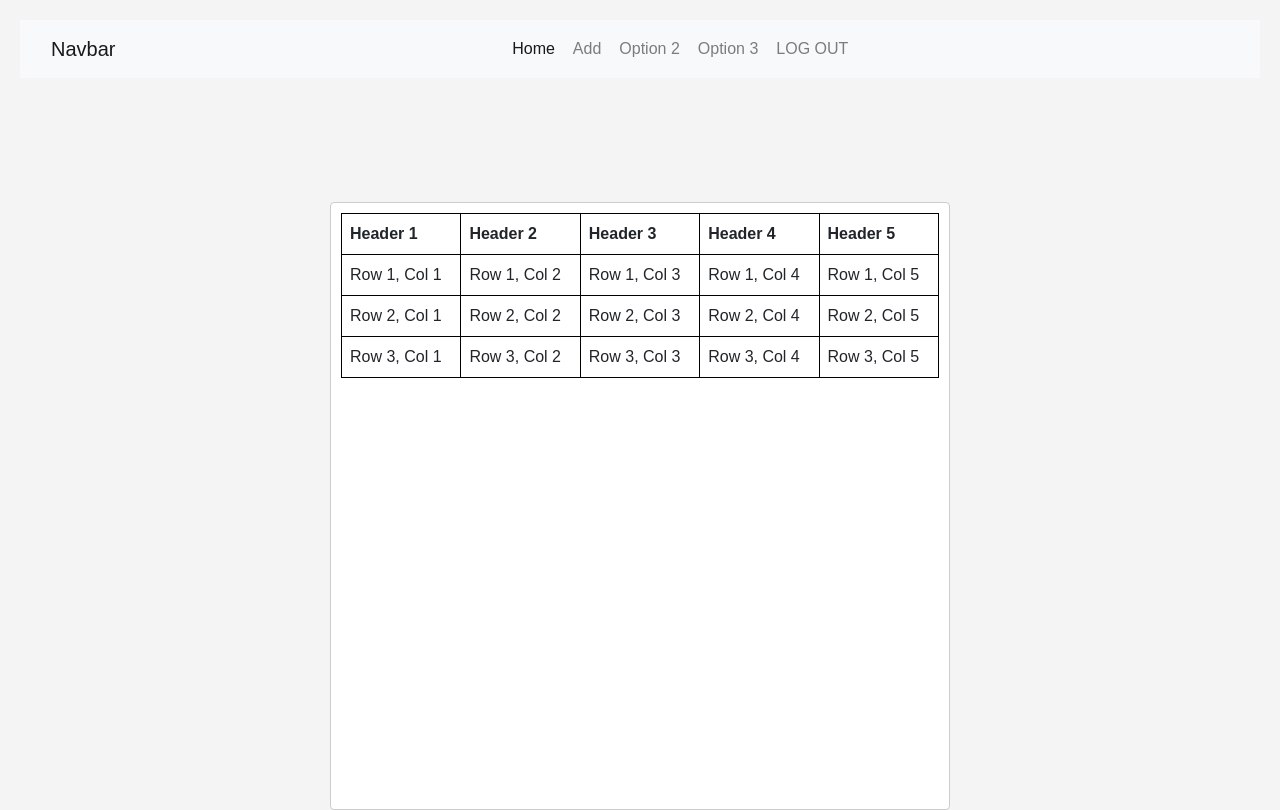
Repository: wizzy-abhishek/Projects
Page: http://localhost/Iam_Doing/Details_Action.jsp
These files come from the project's save history. The page is drawn as it stood at one moment and after the next save; the edit follows.
The browser window is 1280 px wide. The pictures show the whole page.
Some web libraries are served in a nearby version. The page is served by Tomcat 10. Nobody is signed in. The application's start-up code is not run.

Above is the page before, as saved 2024-06-28 11:10:03.

After the next save:
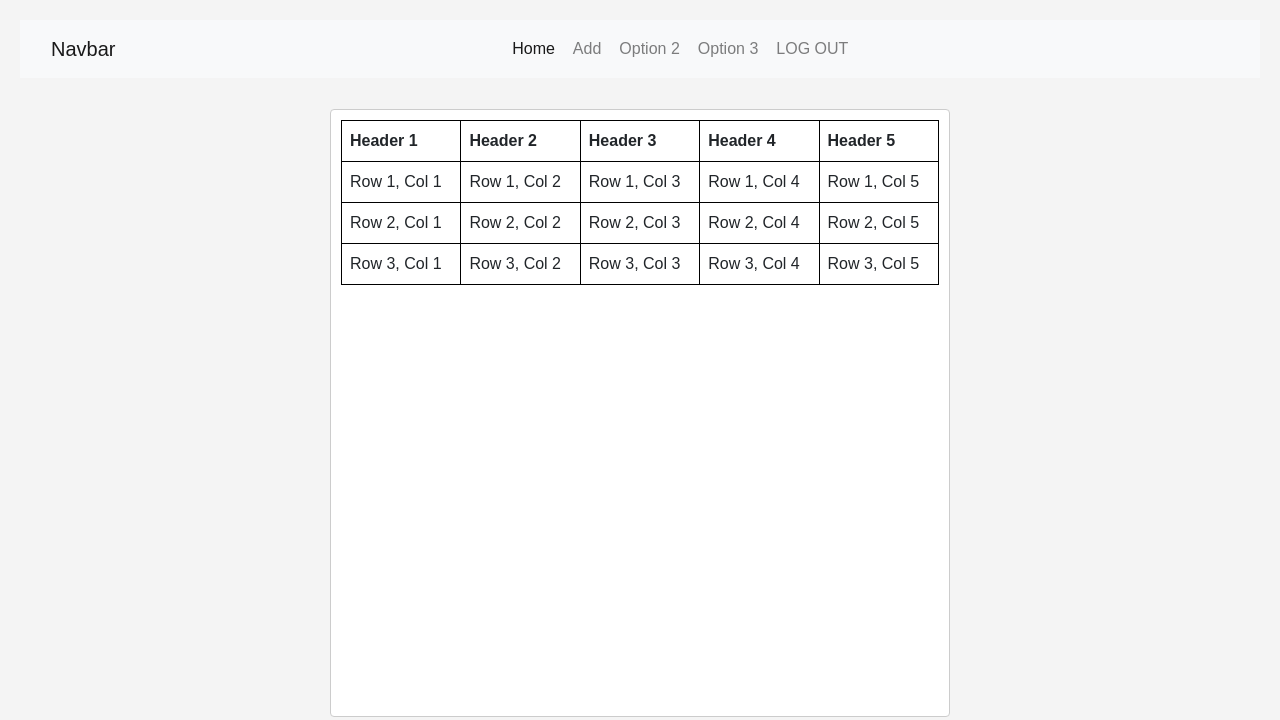
Saved 4 min 46 s later.
--- a/Iam_Doing/src/main/webapp/Details_Action.jsp
+++ b/Iam_Doing/src/main/webapp/Details_Action.jsp
@@ -20,7 +20,7 @@
 
         .right-column {
             width: 50%;
-            margin-top: 10%;
+            margin-top: 2.5%;
         }
 
         .scrollable-table {
